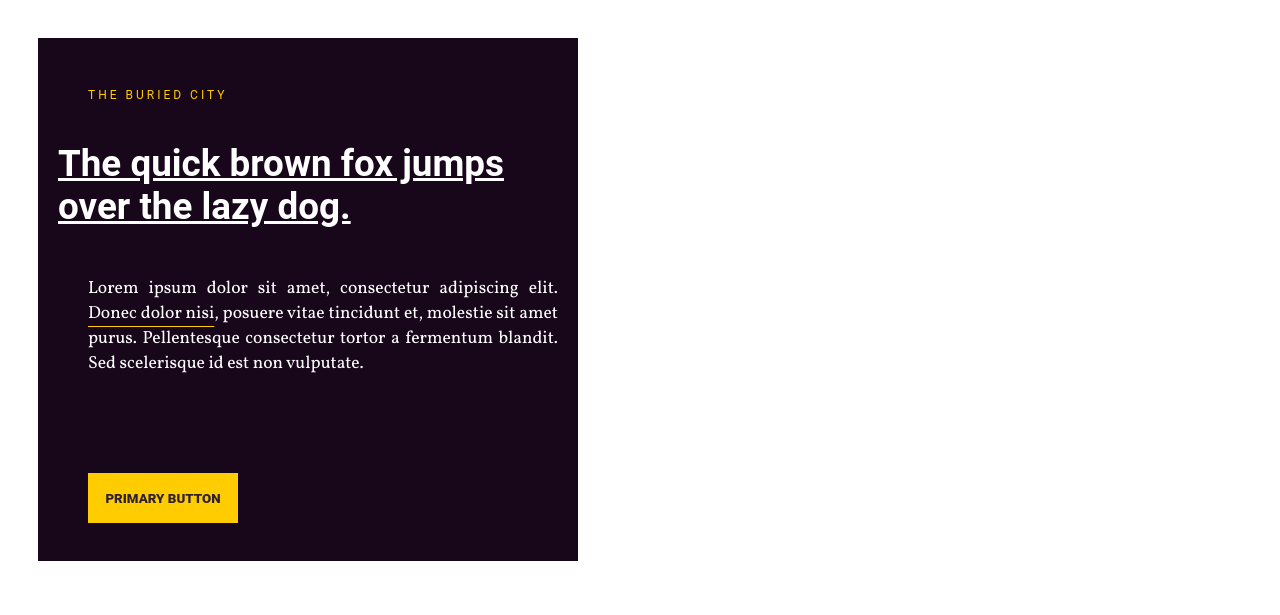
Repository: rafigabriel/TP2---Web-I
Page: ex03-css/index.html
An editor plug-in stored every save of this project. The page is shown before and after the next save, followed by the edit.
The browser window is 1280 px wide. The pictures show the whole page.

Above is the page before, as saved 2024-09-09 18:09:37.

### ex03-css/index.html
<!DOCTYPE html>
<html lang="pt-br">
    <head>
        <meta charset="UTF-8">
        <meta name="viewport" content="width=device-width, initial-scale=1.0">
        <title>Exercicio 3</title>
        <link rel="stylesheet" href="style.css">
        <link rel="preconnect" href="https://fonts.googleapis.com">
        <link rel="preconnect" href="https://fonts.gstatic.com" crossorigin>
        <link
            href="https://fonts.googleapis.com/css2?family=Roboto+Condensed:ital,wght@0,100..900;1,100..900&display=swap"
            rel="stylesheet">
        <link rel="preconnect" href="https://fonts.googleapis.com">
        <link rel="preconnect" href="https://fonts.gstatic.com" crossorigin>
        <link
            href="https://fonts.googleapis.com/css2?family=Vollkorn:ital,wght@0,400..900;1,400..900&display=swap"
            rel="stylesheet">

    </head>
    <body>
        <div id="container">
            <p id="secao">The buried city</p>
            <h1>The quick brown fox jumps over the lazy dog.</h1>
            <p>Lorem ipsum dolor sit amet, consectetur adipiscing elit. <a
                    id="link"
                    href="#">Donec dolor nisi</a>, posuere vitae tincidunt et,
                molestie sit amet purus. Pellentesque consectetur tortor a
                fermentum
                blandit. Sed scelerisque id est non vulputate.</p>
            <p>
                <button>Primary button</button>
            </p>

        </div>

    </body>
</html>

### ex03-css/style.css
body{
    width: 500px;
    color: #231900;
    padding: 30px;
}

#container{
    background-color: #18071B;
    padding: 20px;
    width: 500px;
}

h1{
    font-size: 2.3em;
    font-family: "Roboto", sans-serif;
    font-style: normal;
    font-weight: 700;
    color: white;
    margin-bottom: 0;
    margin-top: 40px;
    text-decoration: underline;
}
p{
    text-align: justify;
    padding: 30px;
    padding-right: 0;
    padding-bottom: 0;
    font-family: "Vollkorn", serif;
    font-weight: 400;
    font-style: normal;
    font-size: 1.1em;
    color: white;
}

#secao{
    font-family: "Roboto", sans-serif;
    font-style: normal;
    font-weight: 400;
    font-size: 0.75em;
    color: #FFCC00;
    letter-spacing: 0.25em;
    margin-top: auto;
    text-transform: uppercase;
}

hr{
    border: 2.5px solid white;
}

#link{
    font-family: "Vollkorn", serif;
    font-weight: 400;
    color: white;
    text-decoration: underline;
    text-decoration-color: #FFCC00;
    text-decoration-thickness:1px ;
    text-underline-offset: 8px;
}

button{
    background-color: #FFCC00;
    color: #2F2032;
    width: 150px;
    height: 50px;
    border: none;
    font-weight: 800;
    margin-top: 50px;
    padding-bottom: 0;
    font-family: "Roboto", sans-serif;
    text-transform: uppercase;
    text-align: center;
}

After the next save:
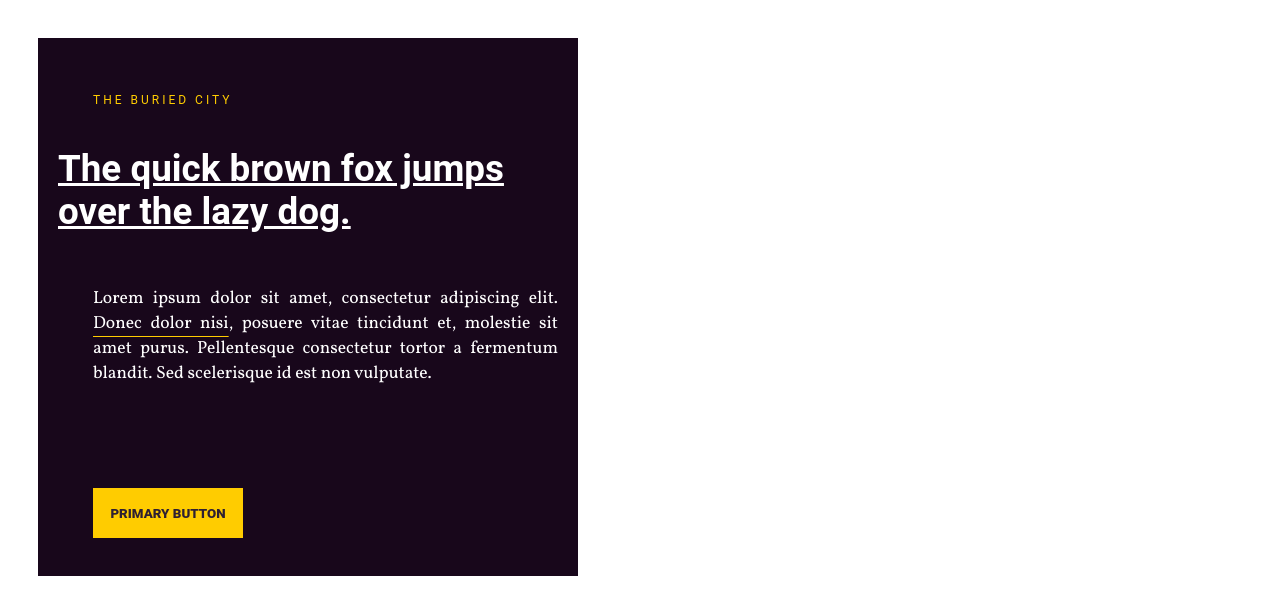
Saved 23 s later.
--- a/ex03-css/style.css
+++ b/ex03-css/style.css
@@ -22,7 +22,7 @@ h1{
 }
 p{
     text-align: justify;
-    padding: 30px;
+    padding: 35px;
     padding-right: 0;
     padding-bottom: 0;
     font-family: "Vollkorn", serif;
